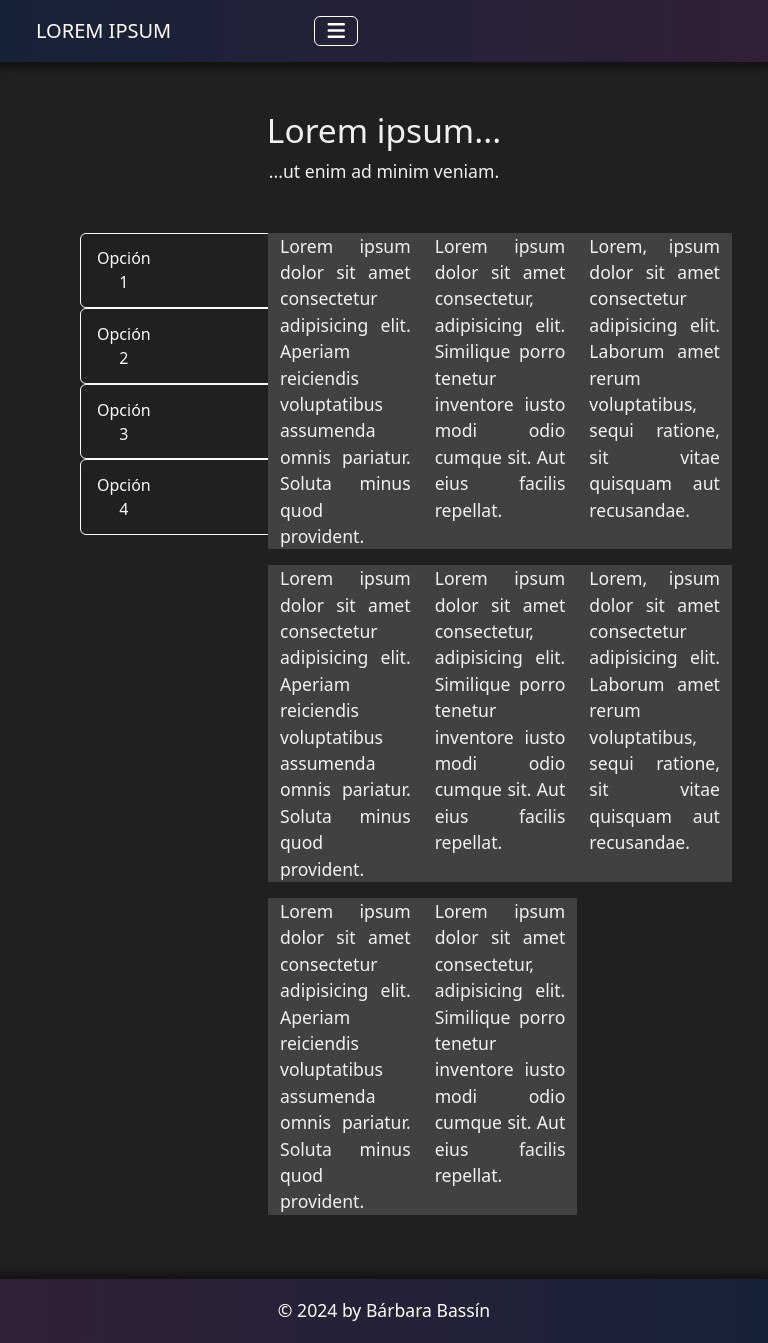
Repository: romancegirl/responsiveness
Page: index.html
The author's editor kept a copy of each file at every save. The page is drawn from the files as they stood at one save, then again after the next save.
The browser window is 768 px wide. The pictures show the whole page.

Above is the page before, as saved 2024-11-30 01:44:52.

After the next save:
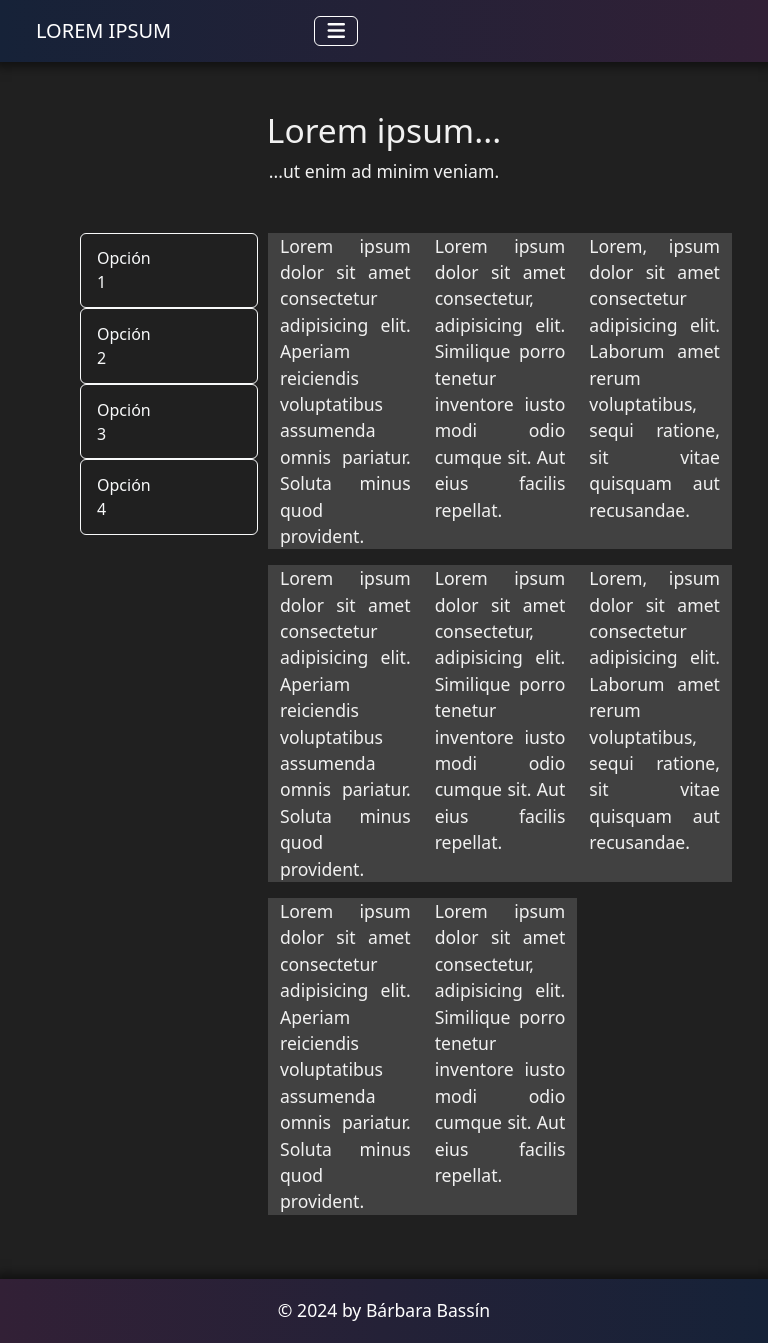
Saved 24 s later.
--- a/css/header-and-footer.css
+++ b/css/header-and-footer.css
@@ -83,7 +83,7 @@ a.nav-link:hover {
 
     .nav-item.dropdown::marker {
         content: none;
-      }
+    }
 
 
     .navbar-collapse {
@@ -169,17 +169,19 @@ a.nav-link:hover {
         align-items: center;
     }
 
+    .btn-outline-light {
+        width: 100%;
 
-}
+    }
 
 
-footer {
-    background: linear-gradient(to right, #322036, #162238);
-    color: #fff;
-    bottom: 0;
-    min-height: 4rem;
-    display: flex;
-    justify-content: center;
-    align-items: center;
-    box-shadow: 0 0 10px 5px rgba(0, 0, 0, 0.5);
-}
+    footer {
+        background: linear-gradient(to right, #322036, #162238);
+        color: #fff;
+        bottom: 0;
+        min-height: 4rem;
+        display: flex;
+        justify-content: center;
+        align-items: center;
+        box-shadow: 0 0 10px 5px rgba(0, 0, 0, 0.5);
+    }
